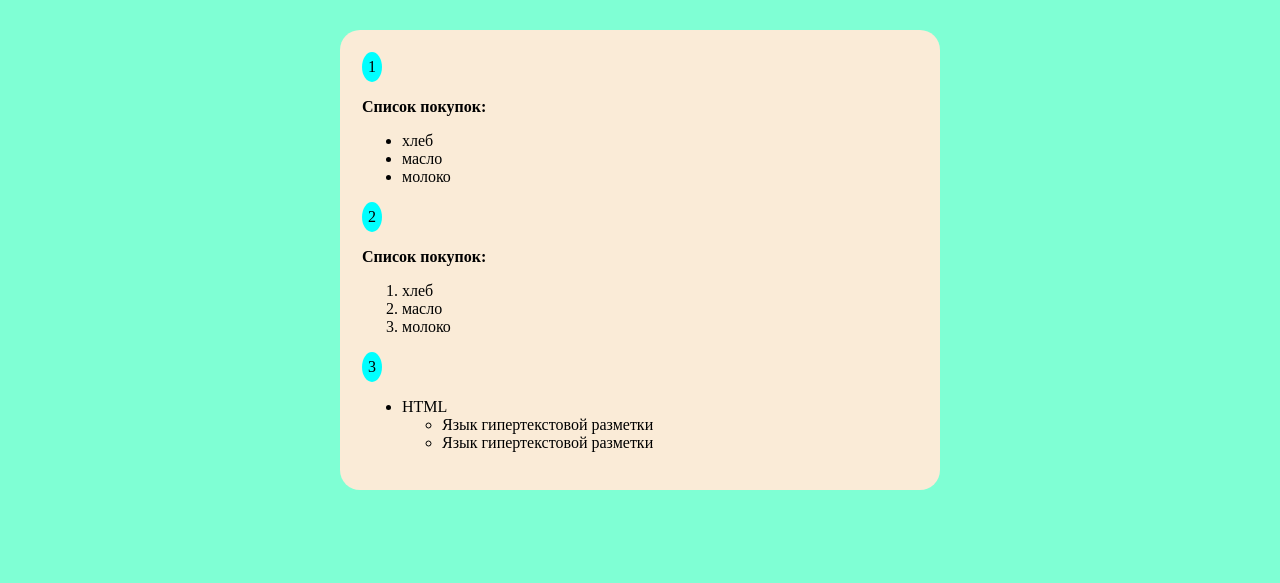
Repository: Savich01/-
Page: html/index.html
An editor plug-in stored every save of this project. The page is shown before and after the next save, followed by the edit.
The browser window is 1280 px wide. The pictures show the whole page.

Above is the page before, as saved 2024-05-31 14:39:56.

### html/index.html
<!DOCTYPE html>
<html lang="en">
<head>
    <meta charset="UTF-8">
    <meta name="viewport" content="width=device-width, initial-scale=1.0">
    <title>Document</title>
    <link rel="stylesheet" href="/css/style.css">
</head>
<body>

    <header class="header">

    </header>
    <main class="main">
        <div class="container">
            <section class="section-1">
                <div class="block">1</div>
                <p class="text">
                    <b>Список покупок:</b>
                </p>
                <ul class="list">
                    <li>хлеб</li>
                    <li>масло</li>
                    <li>молоко</li>
                </ul>

                <div class="block">2</div>
                <p class="text">
                    <b>Список покупок:</b>
                </p>
                <ol class="list">
                    <li>хлеб</li>
                    <li>масло</li>
                    <li>молоко</li>
                </ol>

                <div class="block">3</div>
                <ul>
                    <li>HTML
                        <ul>
                            <li>Язык гипертекстовой разметки</li>
                            <li>Язык гипертекстовой разметки</li>
                        </ul>
                    </li>
                </ul>

            </section>
        </div>
    </main>
    <footer class="footer">

    </footer>

</body>
</html>

### css/style.css
body{
    max-width: 600px;
    height: 100%;
    margin: 0 auto;
    background-color: aquamarine;
    padding: 0px 10px;
}

.container{
    background-color: antiquewhite;
    padding: 2px;
    margin-top: 30px;
    border-radius: 20px;
}
/* ==========SECTION-1========================== */
.section-1{
    padding: 20px;
}

.block{
    background-color:aqua;
    display: inline-block;
    padding: 6px;
    border-radius: 100%;
}

After the next save:
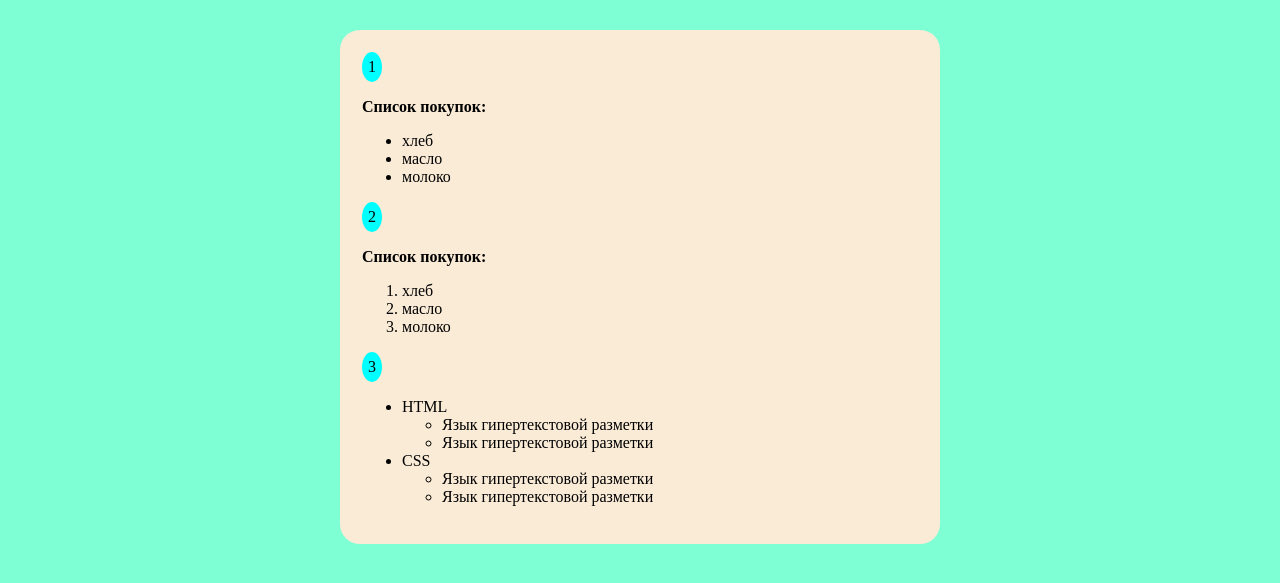
Saved 26 s later.
--- a/html/index.html
+++ b/html/index.html
@@ -42,6 +42,12 @@
                             <li>Язык гипертекстовой разметки</li>
                         </ul>
                     </li>
+                    <li>CSS
+                        <ul>
+                            <li>Язык гипертекстовой разметки</li>
+                            <li>Язык гипертекстовой разметки</li>
+                        </ul>
+                    </li>
                 </ul>
 
             </section>
